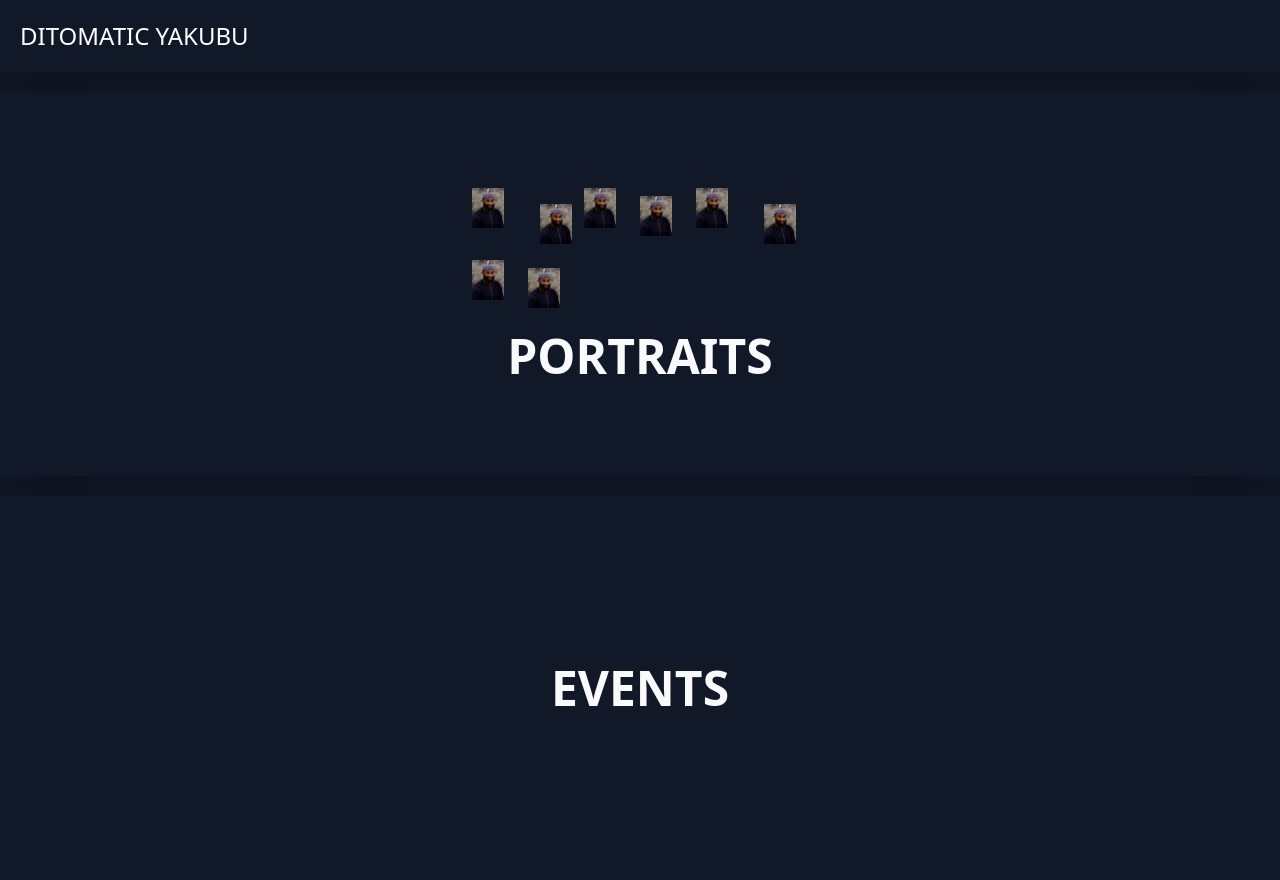
Repository: latenightsnacc/Ditomatic-Demo
Page: home.html
These files come from the project's save history. The page is drawn as it stood at one moment and after the next save; the edit follows.
The browser window is 1280 px wide. The pictures show the whole page.
Some web libraries are served in a nearby version.

Above is the page before, as saved 2021-02-24 12:40:05.

### home.html
<!DOCTYPE html>
<html lang="en" class="bg-gray-900">
<head>
    <meta charset="UTF-8">
    <meta name="viewport" content="width=device-width, initial-scale=1.0">
    <!--Tailwind 2.0.2-->
    <link href="https://cdnjs.cloudflare.com/ajax/libs/tailwindcss/2.0.2/tailwind.min.css" rel="stylesheet">
    <!--Font Awesome 5.15.1-->
    <link rel="stylesheet" href="https://cdnjs.cloudflare.com/ajax/libs/font-awesome/5.15.1/css/all.min.css" integrity="sha512-+4zCK9k+qNFUR5X+cKL9EIR+ZOhtIloNl9GIKS57V1MyNsYpYcUrUeQc9vNfzsWfV28IaLL3i96P9sdNyeRssA==" crossorigin="anonymous" />
    <!-- Bootstrap 5.0.0 Beta-->
    <!-- <link href="https://cdn.jsdelivr.net/npm/bootstrap@5.0.0-beta1/dist/css/bootstrap.min.css" rel="stylesheet" integrity="sha384-giJF6kkoqNQ00vy+HMDP7azOuL0xtbfIcaT9wjKHr8RbDVddVHyTfAAsrekwKmP1" crossorigin="anonymous" /> -->
    <!--Page Title-->
    <title>Ditomatic Fotografy</title>
    <style>
        .zoom {

          transition: transform .2s; /* Animation */

        }

        .zoom:hover {
          transform: scale(2.5); /* (250% zoom - Note: if the zoom is too large, it will go outside of the viewport) */

        }
        </style>
</head>
<body>
    <!--Header-->
    <header>
        <nav class="container-sm p-5 shadow-2xl flex flex-row justify-between">
            <a href="home.html" class="text-white uppercase text-2xl">Ditomatic Yakubu</a>
            <ul></ul>
        </nav>
    </header>
    <!--End of Header-->
    <div class="my-5"></div>
    <!--Portrait Section-->
    <section class="bg-gray-900 shadow-2xl">
        <div class="mx-auto">
            <div class="flex flex-col items-center justify-center h-96">
                <div class="grid grid-cols-1 md:grid-cols-6">
                    <img src="images/malePortrait.jpg" alt="" class="w-8">
                    <img src="images/malePortrait.jpg" alt="" class="w-8 mx-3 my-4">
                    <img src="images/malePortrait.jpg" alt="" class="w-8">
                    <img src="images/malePortrait.jpg" alt="" class="w-8 my-2">
                    <img src="images/malePortrait.jpg" alt="" class="w-8">
                    <img src="images/malePortrait.jpg" alt="" class="w-8 mx-3 my-4">
                    <img src="images/malePortrait.jpg" alt="" class="w-8">
                    <img src="images/malePortrait.jpg" alt="" class="w-8 my-2">
                </div>
                <div class="my-2"></div>
                <h2 class="font-bold text-gray-50 text-5xl uppercase">portraits</h2>
            </div>
        </div>
    </section>
    <!--End of Portrait Section-->
    <div class="my-5"></div>

    <!--Event Section-->
    <section class="bg-gray-900 shadow-2xl">
        <div class="mx-auto">
            <div class="flex flex-row items-center justify-center h-96">
                <h2 class="font-bold text-gray-50 text-5xl uppercase">events</h2>
            </div>
        </div>
    </section>
    <!--End of Event Section-->
</body>
</html>

After the next save:
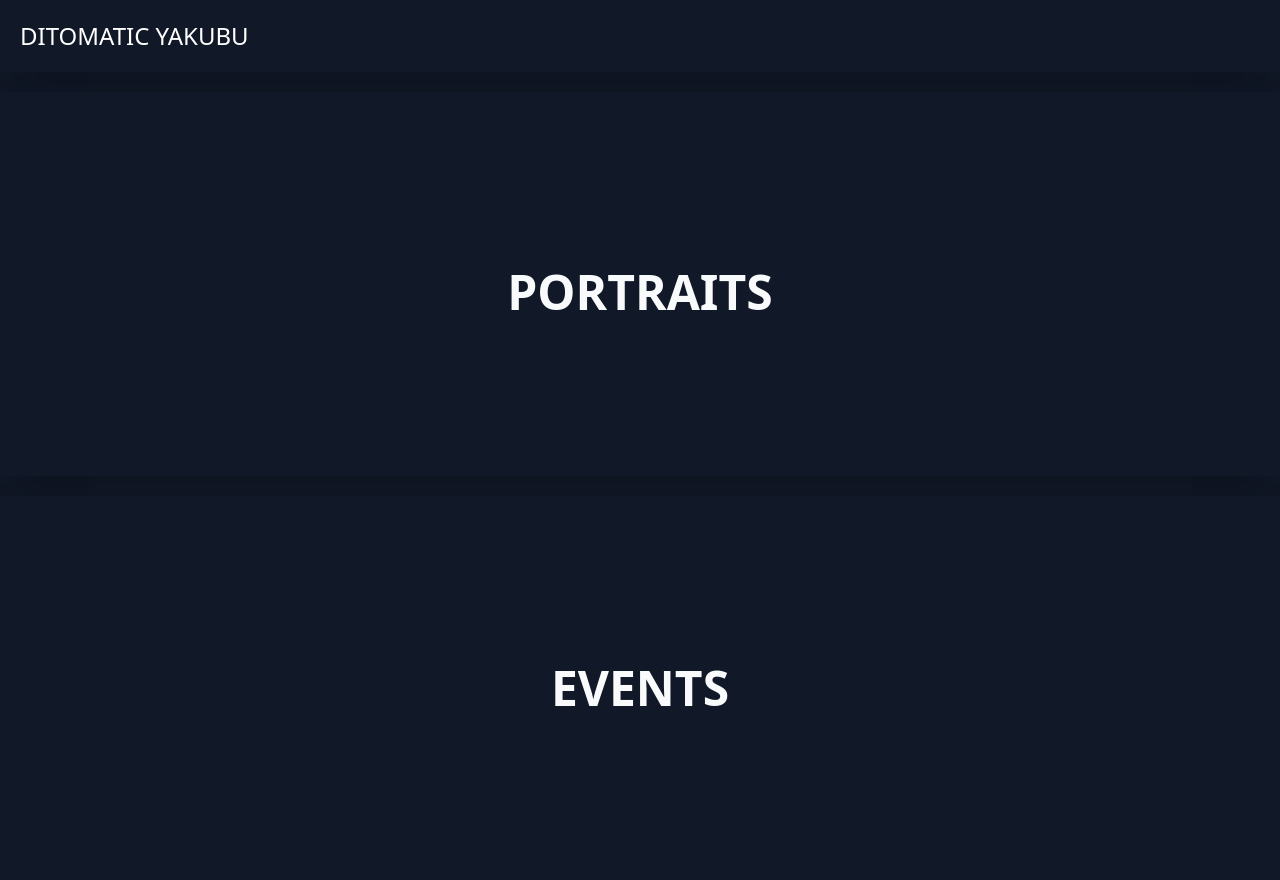
Saved 2 min 35 s later.
--- a/home.html
+++ b/home.html
@@ -34,36 +34,31 @@
     </header>
     <!--End of Header-->
     <div class="my-5"></div>
-    <!--Portrait Section-->
-    <section class="bg-gray-900 shadow-2xl">
-        <div class="mx-auto">
-            <div class="flex flex-col items-center justify-center h-96">
-                <div class="grid grid-cols-1 md:grid-cols-6">
-                    <img src="images/malePortrait.jpg" alt="" class="w-8">
-                    <img src="images/malePortrait.jpg" alt="" class="w-8 mx-3 my-4">
-                    <img src="images/malePortrait.jpg" alt="" class="w-8">
-                    <img src="images/malePortrait.jpg" alt="" class="w-8 my-2">
-                    <img src="images/malePortrait.jpg" alt="" class="w-8">
-                    <img src="images/malePortrait.jpg" alt="" class="w-8 mx-3 my-4">
-                    <img src="images/malePortrait.jpg" alt="" class="w-8">
-                    <img src="images/malePortrait.jpg" alt="" class="w-8 my-2">
+    <!--Large Screen-->
+    <div id="large-screen">
+        <!--Portrait Section-->
+        <section class="bg-gray-900 shadow-2xl">
+            <div class="mx-auto">
+                <div class="flex flex-col items-center justify-center h-96">
+
+                    <div class="my-2"></div>
+                    <h2 class="font-bold text-gray-50 text-5xl uppercase">portraits</h2>
                 </div>
-                <div class="my-2"></div>
-                <h2 class="font-bold text-gray-50 text-5xl uppercase">portraits</h2>
             </div>
-        </div>
-    </section>
-    <!--End of Portrait Section-->
-    <div class="my-5"></div>
+        </section>
+        <!--End of Portrait Section-->
+        <div class="my-5"></div>
 
-    <!--Event Section-->
-    <section class="bg-gray-900 shadow-2xl">
-        <div class="mx-auto">
-            <div class="flex flex-row items-center justify-center h-96">
-                <h2 class="font-bold text-gray-50 text-5xl uppercase">events</h2>
+        <!--Event Section-->
+        <section class="bg-gray-900 shadow-2xl">
+            <div class="mx-auto">
+                <div class="flex flex-row items-center justify-center h-96">
+                    <h2 class="font-bold text-gray-50 text-5xl uppercase">events</h2>
+                </div>
             </div>
-        </div>
-    </section>
-    <!--End of Event Section-->
+        </section>
+        <!--End of Event Section-->
+    </div>
+
 </body>
 </html>
